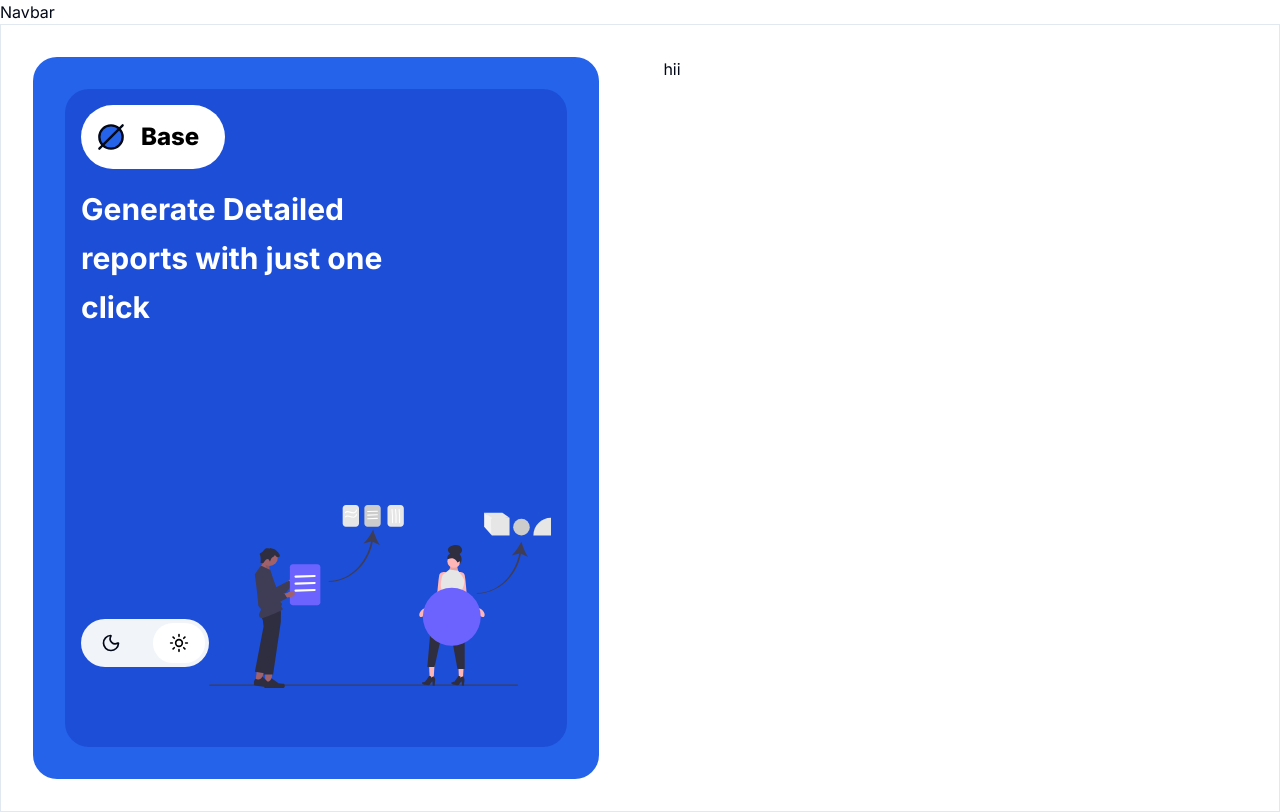
Repository: Hardyy00/openinapp_assignment
Page: /
These files come from the project's save history. The page is drawn as it stood at one moment and after a run of saves; the edit follows.
The browser window is 1280 px wide. The pictures show the whole page.
The project was rebuilt for these pictures with package versions that can differ from the ones it lists, and the page was loaded fresh each time. The framework's server and built-in components were replaced by stand-ins that run in the browser. Also part of the build but not shown: next.config.mjs.

Above is the page before, as saved 2024-08-23 15:52:16.

### app/layout.tsx
import type { Metadata } from "next";
import { Inter } from "next/font/google";
import "./globals.css";
import { ThemeProvider } from "@/components/theme-provider";

const inter = Inter({ subsets: ["latin"] });

export const metadata: Metadata = {
  title: "Create Next App",
  description: "Generated by create next app",
};

export default function RootLayout({
  children,
}: Readonly<{
  children: React.ReactNode;
}>) {
  return (
    <html lang="en">
      <body className={inter.className}>
        <ThemeProvider
          attribute="class"
          defaultTheme="system"
          storageKey="base"
        >
          {children}
        </ThemeProvider>
      </body>
    </html>
  );
}

### app/(auth)/layout.tsx
import { ThemeToggle } from "@/components/theme-toggle";
import { CircleSlash2 } from "lucide-react";
import Image from "next/image";
import { Intro } from "./_components/intro";
import { Navbar } from "./_components/navbar";

export default function Layout({ children }: { children: React.ReactNode }) {
  return (
    <div className="">
      <Navbar />
      <div className="w-full h-full border flex flex-col lg:flex-row">
        <Intro />

        <div>{children}</div>
      </div>
    </div>
  );
}

### app/(auth)/page.tsx
export default function Page() {
  return (
    <div className="h-full p-8">
      <div className="">hii</div>
    </div>
  );
}

### app/(auth)/_components/intro.tsx
import { ThemeToggle } from "@/components/theme-toggle";
import { CircleSlash2 } from "lucide-react";
import Image from "next/image";

export const Intro: React.FC = () => {
  return (
    <div className="flex-[0.5] p-8 hidden lg:block">
      <div className="p-8 bg-blue-600 h-full rounded-3xl">
        <div className="p-4 bg-blue-700 h-full rounded-3xl flex flex-col gap-y-4 justify-between">
          <div className="p-4 flex items-center bg-white rounded-full w-[9rem] space-x-4">
            <CircleSlash2 className="stroke-white-600 fill-blue-600 h-7 w-7" />
            <h1 className="text-black font-extrabold text-2xl ">Base</h1>
          </div>

          <div className="w-[80%]">
            <p className="text-3xl font-bold text-wrap leading-relaxed text-white">
              Generate Detailed reports with just one click
            </p>
          </div>

          <div className=" flex h-[24rem]">
            <div className="flex-[0.3] self-end pb-16">
              <ThemeToggle className="w-[8rem]" />
            </div>
            <div className="flex-1 h-[70%] self-end  relative">
              {/* <div className="h-[70%]"> */}
              {/* <div className=" relative h-[70%] "> */}
              <Image src={"/auth.svg"} fill alt="svg" />
              {/* </div> */}
              {/* </div> */}
            </div>
          </div>
        </div>
      </div>
    </div>
  );
};

### app/(auth)/_components/navbar.tsx
export const Navbar: React.FC = () => {
  return <div>Navbar</div>;
};

### components/theme-toggle.tsx
"use client";

import { Moon, Sun } from "lucide-react";
import { useTheme } from "next-themes";
import { Button } from "./ui/button";
import { cn } from "@/lib/utils";
import { useState } from "react";

interface ToggleThemeProps {
  className?: string;
}

export const ThemeToggle: React.FC<ToggleThemeProps> = ({ className = "" }) => {
  const { setTheme } = useTheme();
  const [on, setOn] = useState<String>("sun");

  const handleClick = (type: string) => {
    if (type === "sun") {
      setOn("sun");
      setTheme("light");
    } else {
      setOn("moon");
      setTheme("dark");
    }
  };

  return (
    <div className={cn("w-[10rem] p-1 rounded-full bg-secondary", className)}>
      <div className="flex w-full items-center justify-between">
        <Button
          variant={"ghost"}
          className={cn(
            "p-4 rounded-[4rem] transition-all",
            on === "moon" && "bg-black text-white"
          )}
          onClick={() => handleClick("moon")}
        >
          <Moon className="h-5 w-5" />
        </Button>

        <Button
          variant={"ghost"}
          className={cn(
            "p-4 rounded-[4rem] hover:bg-white hover:text-black transition-all",
            on === "sun" && "bg-white text-black"
          )}
          onClick={() => handleClick("sun")}
        >
          <Sun className="h-5 w-5" />
        </Button>
      </div>
    </div>
  );
};

### components/ui/button.tsx
import * as React from "react";
import { Slot } from "@radix-ui/react-slot";
import { cva, type VariantProps } from "class-variance-authority";

import { cn } from "@/lib/utils";

const buttonVariants = cva(
  "inline-flex items-center justify-center whitespace-nowrap rounded-md text-sm font-medium ring-offset-background transition-colors focus-visible:outline-none focus-visible:ring-2 focus-visible:ring-ring focus-visible:ring-offset-2 disabled:pointer-events-none disabled:opacity-50",
  {
    variants: {
      variant: {
        primary: "bg-blue-600 text-primary-foreground",
        default: "bg-primary text-primary-foreground hover:bg-primary/90",
        destructive:
          "bg-destructive text-destructive-foreground hover:bg-destructive/90",
        outline:
          "border border-input bg-background hover:bg-accent hover:text-accent-foreground",
        secondary:
          "bg-secondary text-secondary-foreground hover:bg-secondary/80",
        ghost: "hover:bg-accent hover:text-accent-foreground",
        link: "text-primary underline-offset-4 hover:underline",
      },
      size: {
        default: "h-10 px-4 py-2",
        sm: "h-9 rounded-md px-3",
        lg: "h-11 rounded-md px-8",
        icon: "h-10 w-10",
      },
    },
    defaultVariants: {
      variant: "default",
      size: "default",
    },
  }
);

export interface ButtonProps
  extends React.ButtonHTMLAttributes<HTMLButtonElement>,
    VariantProps<typeof buttonVariants> {
  asChild?: boolean;
}

const Button = React.forwardRef<HTMLButtonElement, ButtonProps>(
  ({ className, variant, size, asChild = false, ...props }, ref) => {
    const Comp = asChild ? Slot : "button";
    return (
      <Comp
        className={cn(buttonVariants({ variant, size, className }))}
        ref={ref}
        {...props}
      />
    );
  }
);
Button.displayName = "Button";

export { Button, buttonVariants };

Loaded but not shown: app/globals.css (common file); components/theme-provider.tsx (common file); lib/utils.ts (common file); tailwind.config.ts (common file)

After the next 2 saves:
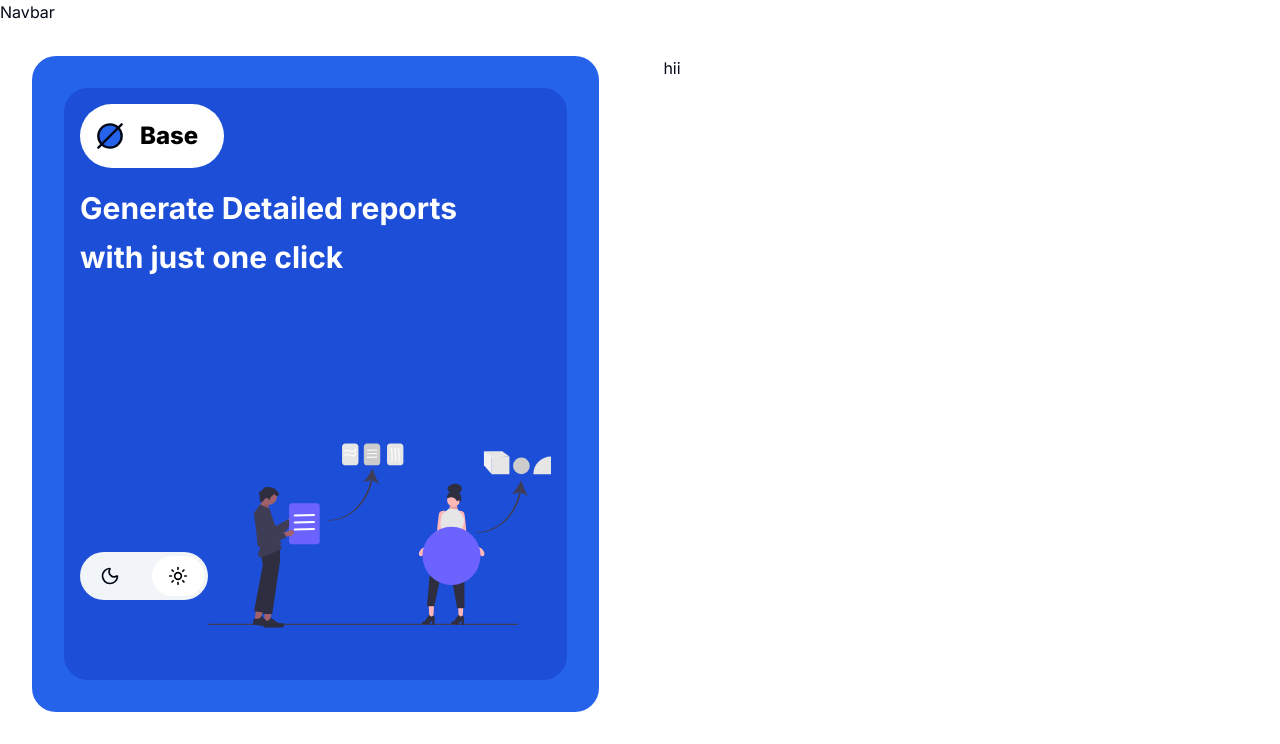
The 2 saves are shown as one change because they came seconds apart.
The last was saved 12 s later.
--- a/app/(auth)/layout.tsx
+++ b/app/(auth)/layout.tsx
@@ -6,9 +6,9 @@ import { Navbar } from "./_components/navbar";
 
 export default function Layout({ children }: { children: React.ReactNode }) {
   return (
-    <div className="">
+    <div className="h-full w-full">
       <Navbar />
-      <div className="w-full h-full border flex flex-col lg:flex-row">
+      <div className="w-full h-full flex flex-col lg:flex-row">
         <Intro />
 
         <div>{children}</div>
